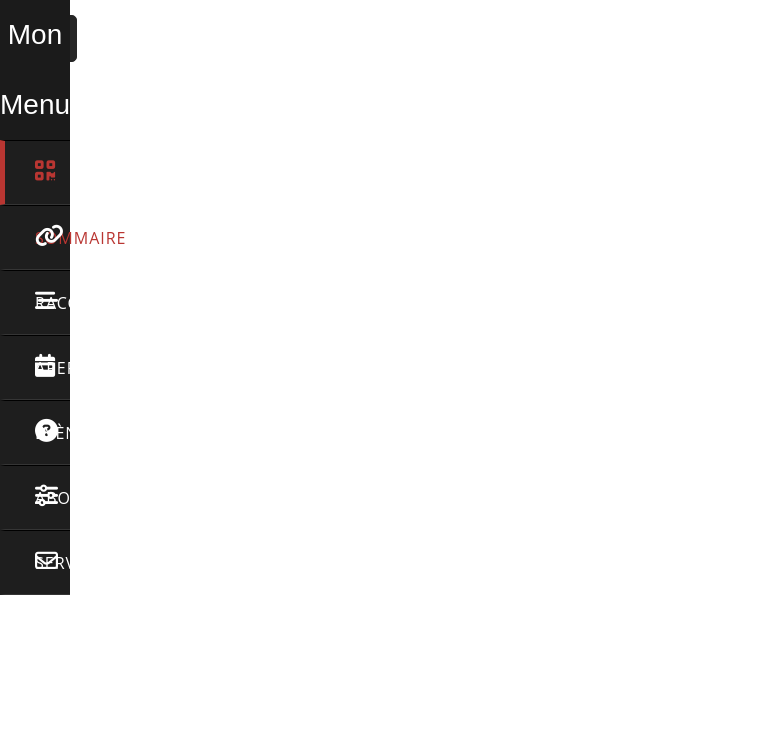
Repository: Alex-Serky/Dossier-Nav
Page: Nav-Responsive/index.html
These files come from the project's save history. The page is drawn as it stood at one moment and after the next save; the edit follows.
The browser window is 768 px wide. The pictures show the whole page.
Some web fonts or font styles are not loaded; a fallback is used. Some web libraries are served in a nearby version.

Above is the page before, as saved 2020-02-22 01:16:26.

After the next save:
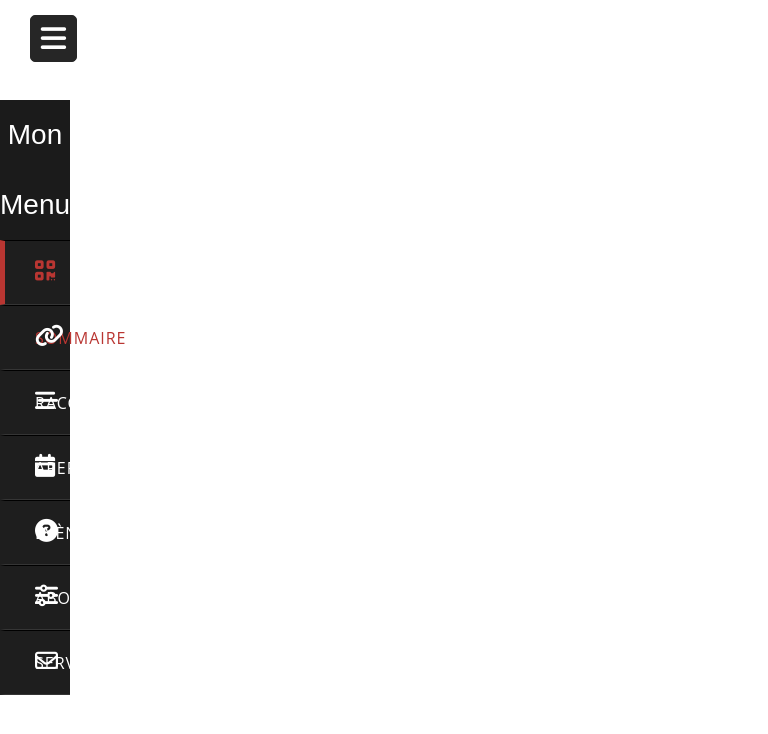
Saved 59 s later.
--- a/Nav-Responsive/style.css
+++ b/Nav-Responsive/style.css
@@ -102,5 +102,6 @@ label #cancel {
         height: auto;
         width: 70px;
         left: 0;
+        margin: 100px 0;
     }
 }
